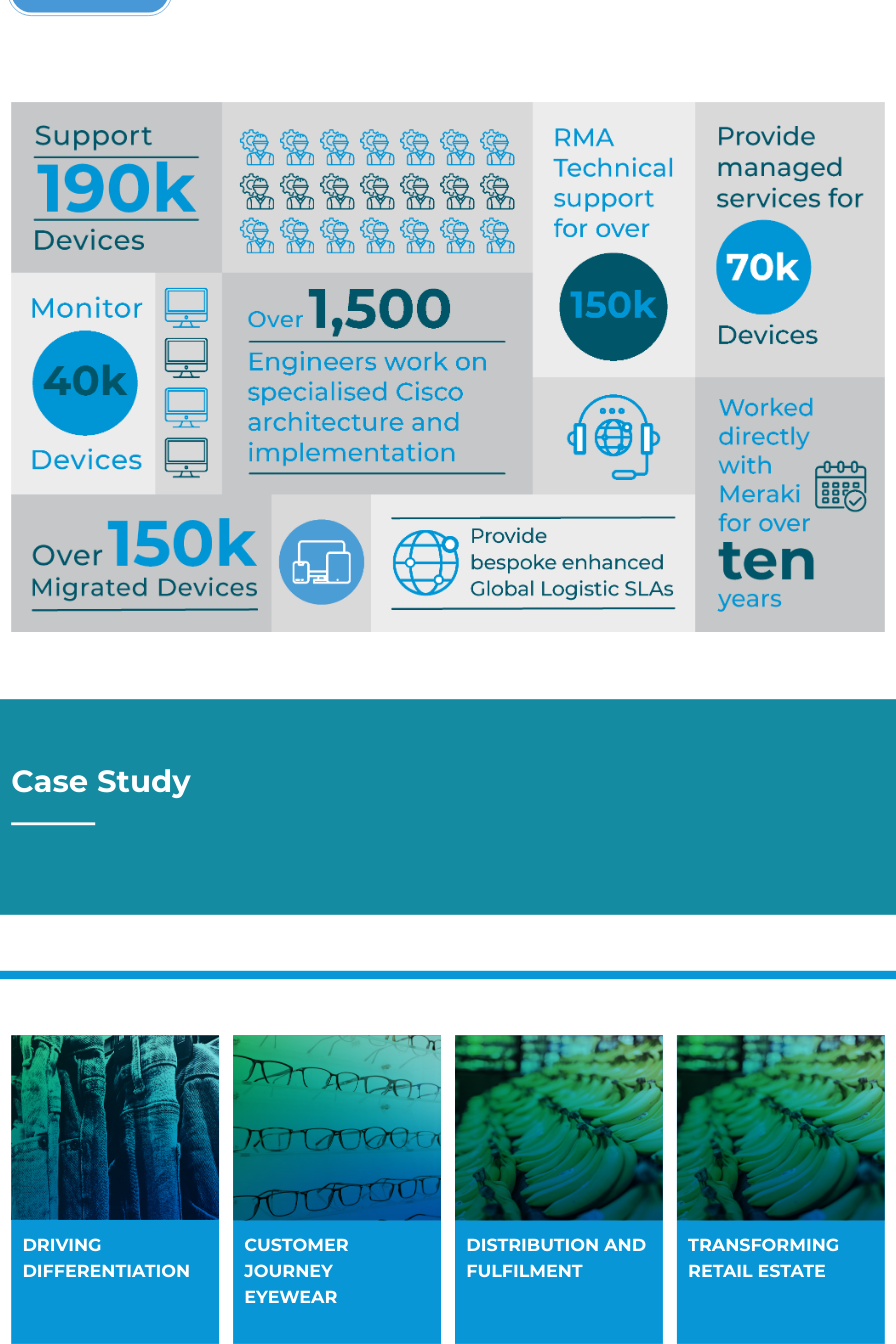
Repository: spaceship9999/ReactIsBack
Page: /
These files come from the project's save history. The page is drawn as it stood at one moment and after the next save; the edit follows.
The browser window is 1280 px wide. The pictures show the part of the page from y = 1637 to 3557 px (the page is 3557 px tall), at 70% of full size.
The page's requests for data from a server got no answer. The project was rebuilt for these pictures with package versions that can differ from the ones it lists, and the page was loaded fresh each time. The framework's server and built-in components were replaced by stand-ins that run in the browser. No one was signed in, and anything a server would have sent is missing. Also part of the build but not shown: next.config.js.

Above is the page before, as saved 2023-03-26 23:58:36.

After the next save:
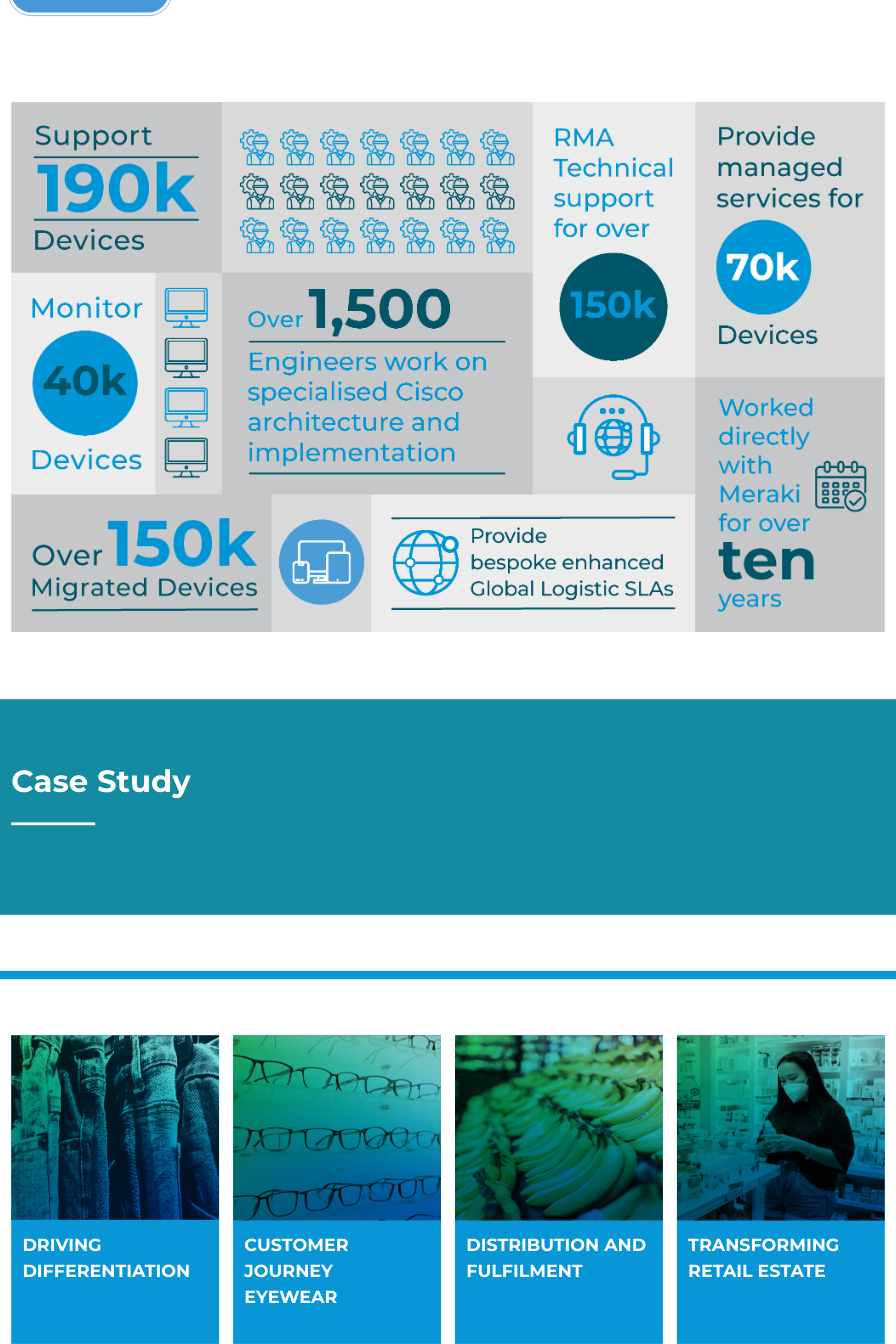
Saved 13 s later.
--- a/src/app/Introduction.tsx
+++ b/src/app/Introduction.tsx
@@ -65,7 +65,7 @@
                     </a>
                     <a href="/" className="block bg-lighter-blue group">
                         <div className="aspect aspect-[312/278] relative overflow-hidden">
-                            <img src="/img/introduction/Distribution.png" className="w-full h-full object-cover object-center" />
+                            <img src="/img/introduction/Transforming_Retail.png" className="w-full h-full object-cover object-center" />
                             <div className="absolute inset-0 bg-white/60 z-10 flex flex-col gap-y-6 items-center justify-center
                              opacity-0 translate-y-full group-hover:translate-y-0 group-hover:opacity-100 duration-1000 ease-[cubic-bezier(0,.6,.18,.98)]">
                                 <img src="/img/cisco-partner-o.png" className="w-[150px] h-[150px]" />
